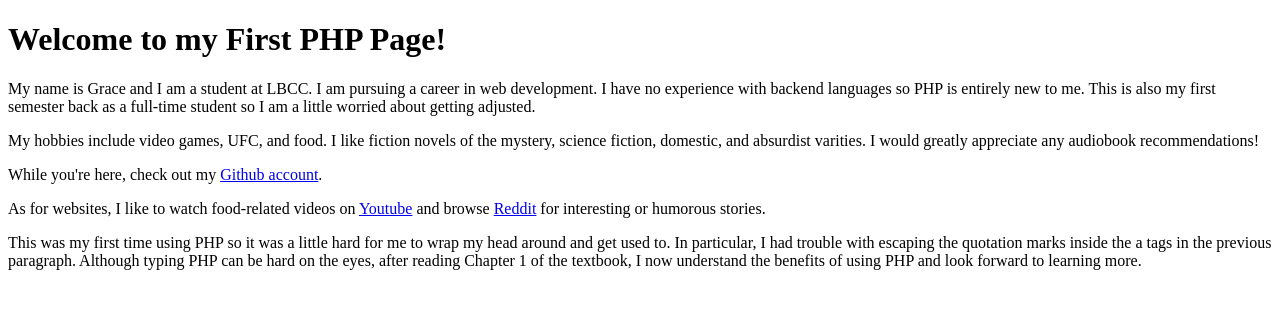
Repository: developergrace/cosw30
Page: http://localhost/labwork/lab1.php
The author's editor kept a record of every edit. The page is drawn from the files as they stood at one moment, then again after the next edit.
The browser window is 1280 px wide. The pictures show the whole page.
The page is run by PHP 8.4 with error messages shown; the project is at /var/www/html/.

Above is the page before.

### labwork/lab1.php
<!doctype HTML>
<html>
    <head>
        <title>Labwork 1: Hello World</title>
    </head>

    <body>
        <?php
        /*
        File Name: lab1.php
        Created By: Grace Park
        Due Date: 9/1/19
        */
        ?>

        <h1>Welcome to my First PHP Page!</h1>
        <p>
            My name is Grace and I am a student at LBCC. I am pursuing a career in web development. I have no experience with backend languages so PHP is entirely new to me. This is also my first semester back as a full-time student so I am a little worried about getting adjusted.
        </p>
        <p>
            My hobbies include video games, UFC, and food. I like fiction novels of the mystery, science fiction, domestic, and absurdist varities. I would greatly appreciate any audiobook recommendations!
        </p>
        <p>
            While you're here, check out my <a href="https://github.com/developergrace" target="_blank">Github account</a>.
        </p>

        <?php echo
            '<p>As for websites, I like to watch food-related videos on <a href="https://www.youtube.com/" target=_blank">Youtube</a> and browse <a href="https://www.reddit.com/" target="_blank">Reddit</a> for interesting or humorous stories.</p>

            <p>This was my first time using PHP so it was a little hard for me to wrap my head around and get used to. In particular, I had trouble with escaping the quotation marks inside the a tags in the previous paragraph. Although typing PHP can be hard on the eyes, after reading Chapter 1 of the textbook, I now understand the benefits of using PHP and look forward to learning more.</p>';
        ?>

    </body>
</html>

After the next edit:
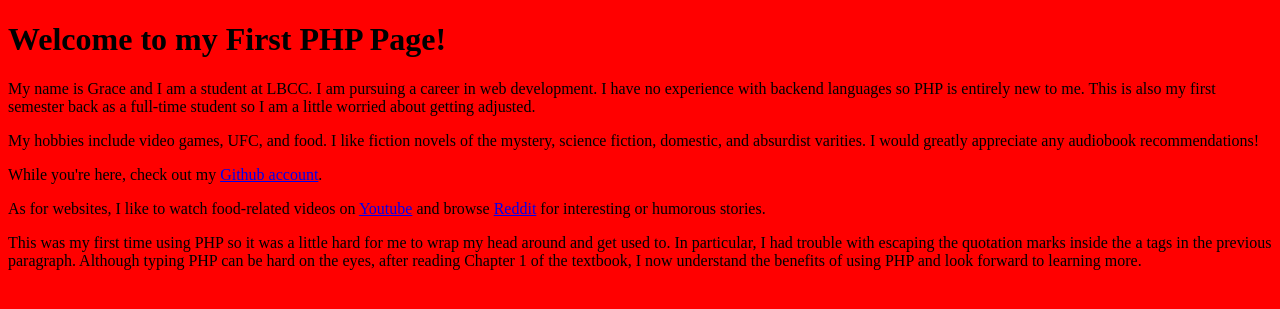
The edit:
--- a/labwork/lab1.php
+++ b/labwork/lab1.php
@@ -2,6 +2,12 @@
 <html>
     <head>
         <title>Labwork 1: Hello World</title>
+        <style>
+            body {background-color: red;
+
+            }
+
+        </style>
     </head>
 
     <body>
